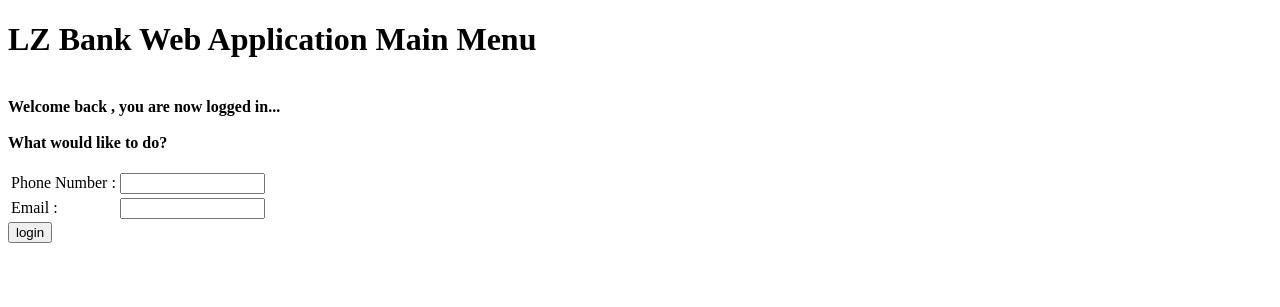
Repository: kingron98/SoftEng-Bank-Web-Application-
Page: http://localhost/SE3_BankWebApp/updateProfile.jsp
An editor plug-in stored every save of this project. The page is shown before and after the next save, followed by the edit.
The browser window is 1280 px wide. The pictures show the whole page.
The page is served by Tomcat 9. Other server files are loaded and not shown.

Above is the page before, as saved 2020-12-11 21:01:54.

### SE3 Bank App/Java/Workspace/SE3_BankWebApp/WebContent/updateProfile.jsp
<%@ page language="java" contentType="text/html; charset=ISO-8859-1" pageEncoding="ISO-8859-1"%>

<%@ taglib uri="http://java.sun.com/jsp/jstl/core" prefix="c" %>

<!DOCTYPE html PUBLIC "-//W3C//DTD HTML 4.01 Transitional//EN" "http://www.w3.org/TR/html4/loose.dtd">
<html>

<head>
<meta http-equiv="Content-Type" content="text/html; charset=ISO-8859-1">
<title>LZ Bank Web Application Main Menu</title>
</head>

<body>
	<h1>LZ Bank Web Application Main Menu</h1>

	<br/>

	<c:set var="customer" value="${sessionScope.customer}"/>
	<c:set var="bankaccount" value="${sessionScope.bankaccount}"/>
	<b>Welcome back <c:out value="${customer.customerName}"/>, you are now logged in...</b>
	<br/><br/>
	<b>What would like to do?</b>

	<br/><br/>

	<form action="FrontController" method="post">
                <table>
                    <tr>
                        <td> Phone Number  : </td><td> <input name="phoneNumber" size=15 type="text" /> </td>
                    </tr>
                    <tr>
                        <td> Email  : </td><td> <input name="email" size=15 type="text" /> </td>
                    </tr>
                </table>

                <input type="hidden" name="action" value="LoginUser" />
                <input type="submit" value="login" />
    </form>

</body>

</html>

After the next save:
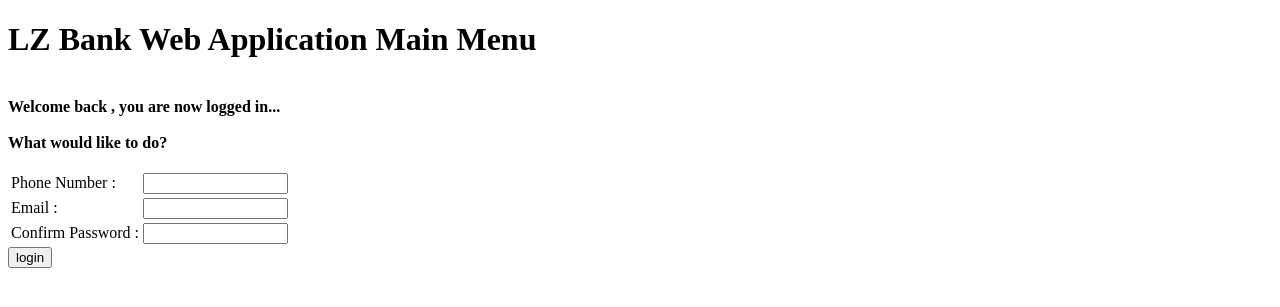
Saved 36 s later.
--- a/SE3 Bank App/Java/Workspace/SE3_BankWebApp/WebContent/updateProfile.jsp
+++ b/SE3 Bank App/Java/Workspace/SE3_BankWebApp/WebContent/updateProfile.jsp
@@ -31,6 +31,9 @@
                     <tr>
                         <td> Email  : </td><td> <input name="email" size=15 type="text" /> </td>
                     </tr>
+                    <tr>
+                        <td> Confirm Password  : </td><td> <input name="email" size=15 type="text" /> </td>
+                    </tr>
                 </table>
 
                 <input type="hidden" name="action" value="LoginUser" />
